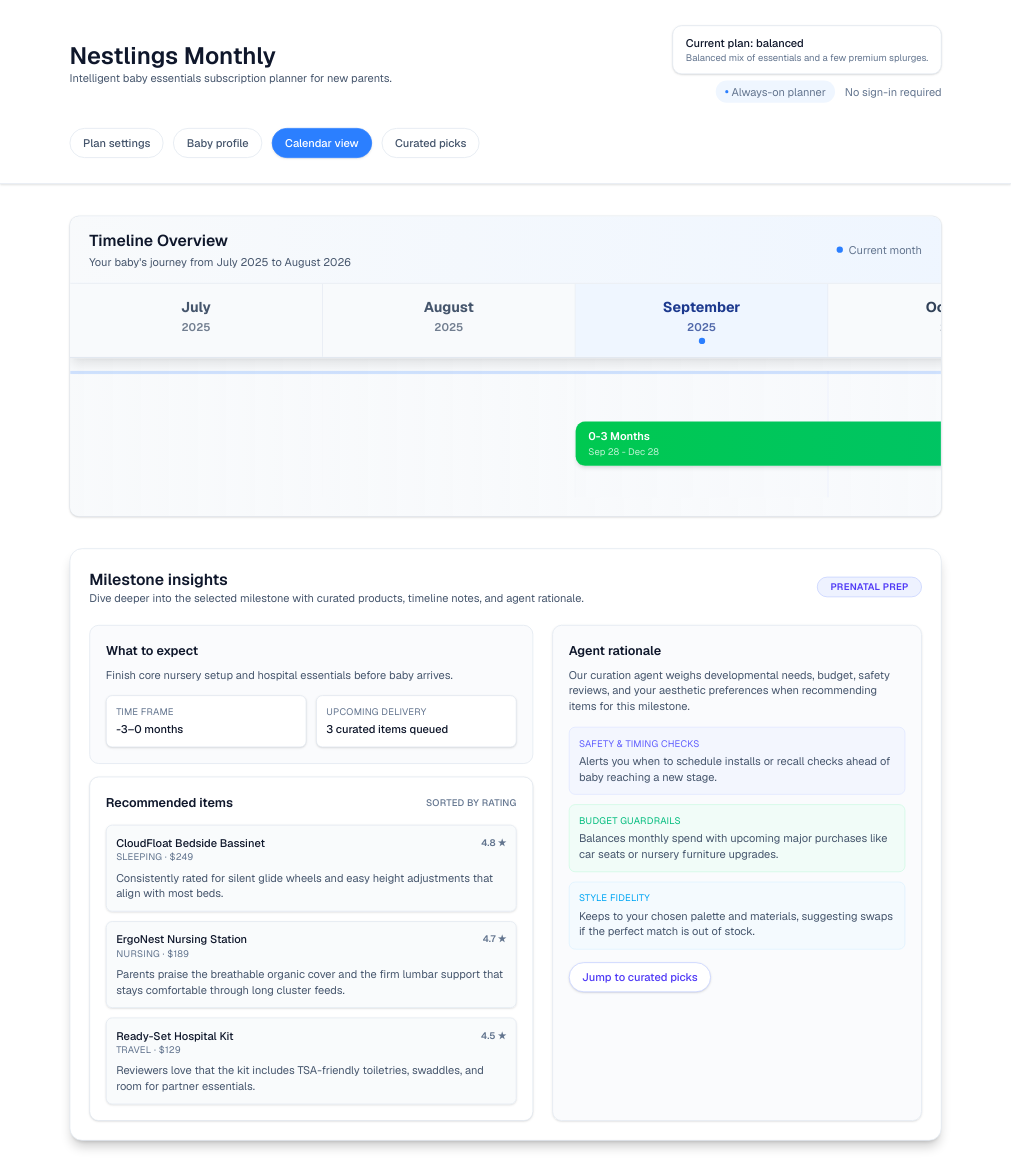
Repository: jc92/babyshop
Page: /, after clicking the first element matching `div.mt-8 > :nth-child(3)`
An editor plug-in stored every save of this project. The page is shown before and after the next save, followed by the edit.
The browser window is 1280 px wide. The pictures show the whole page, at 79% of full size.
The page's requests for data from a server got no answer. The project was rebuilt for these pictures with package versions that can differ from the ones it lists, and the page was loaded fresh each time. The framework's server and built-in components were replaced by stand-ins that run in the browser. No one was signed in, and anything a server would have sent is missing. Also part of the build but not shown: next.config.ts.

Above is the page before, as saved 2025-10-01 14:10:00.

### src/app/layout.tsx
import type { Metadata } from "next";
import { Geist, Geist_Mono } from "next/font/google";
import "./globals.css";
import AppProviders from "./providers";

const geistSans = Geist({
  variable: "--font-geist-sans",
  subsets: ["latin"],
});

const geistMono = Geist_Mono({
  variable: "--font-geist-mono",
  subsets: ["latin"],
});

export const metadata: Metadata = {
  title: "Nestlings Monthly | Baby Essentials Planner",
  description:
    "Interactive dashboard that curates baby essentials timelines and bundles based on your family profile.",
};

export default function RootLayout({
  children,
}: Readonly<{
  children: React.ReactNode;
}>) {
  return (
    <html lang="en">
      <body
        className={`${geistSans.variable} ${geistMono.variable} antialiased`}
      >
        <AppProviders>{children}</AppProviders>
      </body>
    </html>
  );
}

### src/app/globals.css
@import "tailwindcss";

:root {
  --background: #ffffff;
  --foreground: #1f2937;
  --dreambaby-primary: #2563eb;
  --dreambaby-secondary: #7c3aed;
  --dreambaby-accent: #059669;
  --dreambaby-warm: #f8fafc;
  --dreambaby-soft: #f1f5f9;
  --dreambaby-border: #e2e8f0;
  --dreambaby-text: #475569;
  --dreambaby-muted: #94a3b8;
}

@theme inline {
  --color-background: var(--background);
  --color-foreground: var(--foreground);
  --font-sans: var(--font-geist-sans);
  --font-mono: var(--font-geist-mono);
}

body {
  background: #ffffff;
  color: var(--foreground);
  font-family: var(--font-geist-sans), ui-sans-serif, system-ui;
  min-height: 100vh;
}

/* Dreambaby-inspired theme components */
.dreambaby-gradient {
  background: linear-gradient(135deg, #f8fafc 0%, #f1f5f9 50%, #e0f2fe 100%);
}

.dreambaby-card {
  background: #ffffff;
  border: 1px solid var(--dreambaby-border);
  border-radius: 12px;
  box-shadow: 0 1px 3px rgba(0, 0, 0, 0.1), 0 1px 2px rgba(0, 0, 0, 0.06);
}

.dreambaby-button {
  background: var(--dreambaby-primary);
  color: white;
  border: none;
  border-radius: 8px;
  padding: 12px 24px;
  font-weight: 600;
  font-size: 14px;
  transition: all 0.2s ease;
  box-shadow: 0 1px 2px rgba(0, 0, 0, 0.05);
}

.dreambaby-button:hover {
  background: #1d4ed8;
  transform: translateY(-1px);
  box-shadow: 0 4px 6px rgba(0, 0, 0, 0.1);
}

.dreambaby-button-secondary {
  background: #ffffff;
  color: var(--dreambaby-primary);
  border: 1px solid var(--dreambaby-primary);
  border-radius: 8px;
  padding: 12px 24px;
  font-weight: 600;
  font-size: 14px;
  transition: all 0.2s ease;
}

.dreambaby-button-secondary:hover {
  background: var(--dreambaby-primary);
  color: white;
}

.dreambaby-soft-shadow {
  box-shadow: 0 1px 3px rgba(0, 0, 0, 0.1), 0 1px 2px rgba(0, 0, 0, 0.06);
}

.dreambaby-text {
  color: var(--dreambaby-text);
}

.dreambaby-muted {
  color: var(--dreambaby-muted);
}

### src/app/providers.tsx
"use client";

import type { ReactNode } from "react";

type ProvidersProps = {
  children: ReactNode;
};

export default function AppProviders({ children }: ProvidersProps) {
  return <>{children}</>;
}

### src/data/preferences.ts
export type BudgetTier = "essentials" | "balanced" | "premium";

export interface PreferenceProfile {
  budget: BudgetTier;
  babyGender: "girl" | "boy" | "surprise";
  dueDate: string;
  colorPalette: "neutral" | "pastel" | "bold" | "warm" | "cool";
  materialFocus: "organic" | "performance" | "recycled" | "classic";
  ecoPriority: boolean;
}

export const defaultProfile: PreferenceProfile = {
  budget: "balanced",
  babyGender: "surprise",
  dueDate: new Date().toISOString().slice(0, 10),
  colorPalette: "neutral",
  materialFocus: "organic",
  ecoPriority: true,
};

### src/lib/recommendation.ts
import { PreferenceProfile } from "@/data/preferences";
import type { CategoryId, ProductSummary } from "@/data/catalog";

export interface RecommendationInput extends PreferenceProfile {
  preferredCategories: CategoryId[];
}

export interface RecommendationResult {
  product: ProductSummary;
  score: number;
  rationale: string;
}

const categoryWeights: Partial<Record<CategoryId, number>> = {
  nursing: 1.2,
  sleeping: 1.1,
  safety: 1.1,
};

const paletteMap: Record<string, string[]> = {
  neutral: ["neutral", "warm", "cool"],
  pastel: ["pastel", "neutral"],
  bold: ["bold", "cool", "warm"],
  warm: ["warm", "neutral"],
  cool: ["cool", "neutral"],
};

const materialMatch: Record<PreferenceProfile["materialFocus"], string[]> = {
  organic: ["organic-cotton", "bamboo", "wood"],
  performance: ["silicone", "plastic", "recycled-poly"],
  recycled: ["recycled-poly", "canvas", "steel"],
  classic: ["wood", "cotton", "plastic"],
};

const budgetThreshold: Record<PreferenceProfile["budget"], number> = {
  essentials: 120,
  balanced: 220,
  premium: 999,
};

export function scoreProduct(
  product: ProductSummary,
  input: RecommendationInput,
): RecommendationResult {
  let score = product.rating;
  const reasons: string[] = [];

  if (input.preferredCategories.includes(product.category)) {
    score += (categoryWeights[product.category] ?? 1) * 1.5;
    reasons.push(`Matches category focus on ${product.category}.`);
  }

  if (product.colors.some((c) => paletteMap[input.colorPalette].includes(c))) {
    score += 0.8;
    reasons.push("Aligned with preferred color palette.");
  }

  if (
    product.materials.some((material) =>
      materialMatch[input.materialFocus].includes(material),
    )
  ) {
    score += 0.8;
    reasons.push("Material choice fits style preferences.");
  }

  if (input.ecoPriority && product.isEcoFriendly) {
    score += 1;
    reasons.push("Eco-friendly option.");
  }

  if (product.price <= budgetThreshold[input.budget]) {
    score += 0.6;
    reasons.push("Within monthly budget comfort zone.");
  } else {
    score -= 0.4;
    reasons.push("Exceeds target monthly spend but adds long-term value.");
  }

  const rationale = reasons.length > 0 ? reasons.join(" ") : "Popular pick.";

  return {
    product,
    score,
    rationale,
  };
}

export function rankProducts(
  products: ProductSummary[],
  input: RecommendationInput,
): RecommendationResult[] {
  return products
    .map((product) => scoreProduct(product, input))
    .sort((a, b) => b.score - a.score)
    .slice(0, 8);
}

### src/components/CalendarView.tsx
"use client";

import { useMemo, useEffect, useRef } from "react";
import type { Milestone, MilestoneId } from "@/data/catalog";
import { getDateRangeForMilestone, formatDateForCalendar } from "@/lib/dateCalculations";

type CalendarViewProps = {
  milestones: Milestone[];
  activeMilestoneId: MilestoneId;
  onSelectMilestone: (id: MilestoneId) => void;
  referenceDate: Date;
};

type MonthEvent = {
  id: string;
  title: string;
  start: Date;
  end: Date;
  milestone: Milestone;
};

export default function CalendarView({ milestones, activeMilestoneId, onSelectMilestone, referenceDate }: CalendarViewProps) {
  const scrollContainerRef = useRef<HTMLDivElement>(null);

  // Generate 12 months starting from 2 months ago
  const months = useMemo(() => {
    const now = new Date();
    const startMonth = now.getMonth() - 2;
    const startYear = now.getFullYear();

    return Array.from({ length: 14 }, (_, i) => {
      const monthDate = new Date(startYear, startMonth + i, 1);
      return {
        date: monthDate,
        name: monthDate.toLocaleString('default', { month: 'long' }),
        year: monthDate.getFullYear(),
        month: monthDate.getMonth(),
      };
    });
  }, []);

  // Auto-scroll to keep top timeline row visible
  useEffect(() => {
    if (scrollContainerRef.current) {
      const container = scrollContainerRef.current;
      const scrollToTop = () => {
        container.scrollTop = 0;
      };

      // Scroll to top on mount and when milestones change
      scrollToTop();

      // Also scroll to top when active milestone changes
      const timeoutId = setTimeout(scrollToTop, 100);

      return () => clearTimeout(timeoutId);
    }
  }, [milestones, activeMilestoneId]);

  // Get events for each month
  const monthEvents = useMemo(() => {
    const eventsByMonth: { [key: string]: MonthEvent[] } = {};

    milestones.forEach((milestone) => {
      const { start, end } = getDateRangeForMilestone(milestone.monthRange, referenceDate);

      // Check which months this milestone spans
      months.forEach((month) => {
        const monthStart = new Date(month.year, month.month, 1);
        const monthEnd = new Date(month.year, month.month + 1, 0);

        // Check if milestone overlaps with this month
        if (start <= monthEnd && end >= monthStart) {
          const key = `${month.year}-${month.month}`;
          if (!eventsByMonth[key]) {
            eventsByMonth[key] = [];
          }

          eventsByMonth[key].push({
            id: milestone.id,
            title: milestone.label,
            start,
            end,
            milestone,
          });
        }
      });
    });

    return eventsByMonth;
  }, [milestones, referenceDate, months]);

  return (
    <div className="dreambaby-card rounded-3xl shadow-xl overflow-hidden">
      {/* Header with current date indicator */}
      <div className="bg-gradient-to-r from-slate-50 to-blue-50 px-6 py-4 border-b border-slate-200">
        <div className="flex items-center justify-between">
          <div>
            <h2 className="text-xl font-semibold text-slate-900">Timeline Overview</h2>
            <p className="text-sm text-slate-600 mt-1">
              Your baby's journey from {months[0]?.name} {months[0]?.year} to {months[months.length - 1]?.name} {months[months.length - 1]?.year}
            </p>
          </div>
          <div className="flex items-center gap-2 text-sm text-slate-500">
            <div className="w-2 h-2 bg-blue-500 rounded-full"></div>
            <span>Current month</span>
          </div>
        </div>
      </div>

      <div
        ref={scrollContainerRef}
        className="overflow-x-auto scroll-smooth"
        style={{ scrollbarWidth: 'thin' }}
      >
        <div className="relative min-w-max">
          {/* Month Headers with improved styling */}
          <div className="flex sticky top-0 bg-white z-20 border-b-2 border-slate-200 shadow-lg">
            {months.map((month, index) => {
              const isCurrentMonth = month.date.getMonth() === new Date().getMonth() &&
                                   month.date.getFullYear() === new Date().getFullYear();
              const isPast = month.date < new Date();
              const isFuture = month.date > new Date();

              return (
                <div
                  key={`${month.year}-${month.month}`}
                  className={`flex-shrink-0 w-80 px-4 py-4 text-center font-semibold border-r border-slate-200 transition-colors ${
                    isCurrentMonth
                      ? 'bg-blue-50 text-blue-900 border-blue-300'
                      : isPast
                        ? 'bg-slate-50 text-slate-600'
                        : 'bg-slate-50 text-slate-700'
                  }`}
                >
                  <div className="flex flex-col items-center">
                    <div className="text-lg font-bold">{month.name}</div>
                    <div className="text-sm opacity-75">{month.year}</div>
                    {isCurrentMonth && (
                      <div className="mt-1 w-2 h-2 bg-blue-500 rounded-full"></div>
                    )}
                  </div>
                </div>
              );
            })}
          </div>

          {/* Timeline Events with improved styling */}
          <div className="relative bg-slate-50/30 min-h-[200px] pt-4">
            {/* Timeline track background */}
            <div className="absolute inset-0 bg-gradient-to-r from-slate-50 to-indigo-50/30"></div>

            {/* Top timeline row indicator */}
            <div className="absolute top-4 left-0 right-0 h-1 bg-blue-500/20 z-5"></div>

            {milestones.map((milestone, index) => {
              const { start, end } = getDateRangeForMilestone(milestone.monthRange, referenceDate);
              const startMonth = start.getMonth();
              const startYear = start.getFullYear();
              const endMonth = end.getMonth();
              const endYear = end.getFullYear();

              // Calculate position and width
              const startMonthIndex = months.findIndex(m =>
                m.month === startMonth && m.year === startYear
              );
              const endMonthIndex = months.findIndex(m =>
                m.month === endMonth && m.year === endYear
              );

              if (startMonthIndex === -1 || endMonthIndex === -1) return null;

              const left = startMonthIndex * 320; // 320px per month
              const width = (endMonthIndex - startMonthIndex + 1) * 320;
              const top = 20 + (index * 60); // Stack milestones vertically with proper spacing from header

              // Check if milestone is active, past, or future
              const now = new Date();
              const isActive = milestone.id === activeMilestoneId;
              const isPast = end < now;
              const isCurrent = start <= now && end >= now;

              return (
                <div
                  key={milestone.id}
                  onClick={() => onSelectMilestone(milestone.id as MilestoneId)}
                  className={`absolute h-14 rounded-xl cursor-pointer transition-all duration-200 flex items-center px-4 group ${
                    isActive
                      ? 'bg-blue-100 border-2 border-blue-400 text-blue-900 shadow-lg transform scale-105'
                      : isPast
                        ? 'bg-slate-200 text-slate-600 hover:bg-slate-300'
                        : isCurrent
                          ? 'bg-gradient-to-r from-green-500 to-emerald-500 text-white hover:from-green-600 hover:to-emerald-600 shadow-md'
                          : 'bg-gradient-to-r from-blue-500 to-indigo-500 text-white hover:from-blue-600 hover:to-indigo-600 shadow-md'
                  }`}
                  style={{
                    left: `${left}px`,
                    width: `${width}px`,
                    top: `${top}px`,
                    zIndex: isActive ? 15 : 5,
                  }}
                >
                  <div className="flex items-center w-full">
                    <div className="flex-1">
                      <div className="font-semibold text-sm truncate">{milestone.label}</div>
                      <div className="text-xs opacity-75 mt-0.5">
                        {start.toLocaleDateString('en-US', { month: 'short', day: 'numeric' })} - {end.toLocaleDateString('en-US', { month: 'short', day: 'numeric' })}
                      </div>
                    </div>
                    {isActive && (
                      <div className="ml-2 w-2 h-2 bg-blue-500 rounded-full animate-pulse"></div>
                    )}
                  </div>
                </div>
              );
            })}

            {/* Enhanced Month Grid Lines */}
            <div className="flex">
              {months.map((month, index) => {
                const isCurrentMonth = month.date.getMonth() === new Date().getMonth() &&
                                     month.date.getFullYear() === new Date().getFullYear();
                return (
                  <div
                    key={`grid-${month.year}-${month.month}`}
                    className={`flex-shrink-0 w-80 h-40 border-r ${
                      isCurrentMonth ? 'border-indigo-300 bg-indigo-50/20' : 'border-slate-200'
                    }`}
                  />
                );
              })}
            </div>
          </div>
        </div>
      </div>
      <style jsx global>{`
        .overflow-x-auto::-webkit-scrollbar {
          height: 10px;
        }
        .overflow-x-auto::-webkit-scrollbar-track {
          background: #f1f5f9;
          border-radius: 6px;
        }
        .overflow-x-auto::-webkit-scrollbar-thumb {
          background: linear-gradient(90deg, #cbd5e1, #94a3b8);
          border-radius: 6px;
          border: 2px solid #f1f5f9;
        }
        .overflow-x-auto::-webkit-scrollbar-thumb:hover {
          background: linear-gradient(90deg, #94a3b8, #64748b);
        }

        /* Smooth scrolling enhancement */
        .scroll-smooth {
          scroll-behavior: smooth;
        }

        /* Timeline animation */
        @keyframes timelineGlow {
          0%, 100% { box-shadow: 0 0 5px rgba(99, 102, 241, 0.3); }
          50% { box-shadow: 0 0 20px rgba(99, 102, 241, 0.6); }
        }

        .timeline-active {
          animation: timelineGlow 2s ease-in-out infinite;
        }
      `}</style>
    </div>
  );
}

### src/lib/dateCalculations.ts
/**
 * Calculate actual dates for milestones based on birth date or due date
 */
export function calculateMilestoneDates(
  birthOrDueDate: string,
  isBorn: boolean
): Date {
  if (!birthOrDueDate) {
    // Default to current date if no date provided
    return new Date();
  }

  const referenceDate = new Date(birthOrDueDate);

  // If baby is not yet born, use due date as reference
  // If baby is born, use birth date as reference
  return referenceDate;
}

/**
 * Convert milestone month range to actual date range
 * Month 0 = birth/due date
 * Negative months = before birth (prenatal)
 */
export function getDateRangeForMilestone(
  monthRange: [number, number],
  referenceDate: Date
): { start: Date; end: Date } {
  const start = new Date(referenceDate);
  start.setMonth(start.getMonth() + monthRange[0]);

  const end = new Date(referenceDate);
  end.setMonth(end.getMonth() + monthRange[1]);

  return { start, end };
}

/**
 * Get the current month index relative to reference date
 * Returns negative if before birth, positive if after
 */
export function getCurrentMonthIndex(referenceDate: Date): number {
  const now = new Date();
  const diffMs = now.getTime() - referenceDate.getTime();
  const diffMonths = Math.floor(diffMs / (1000 * 60 * 60 * 24 * 30.44)); // Average month length
  return diffMonths;
}

/**
 * Format date for FullCalendar (YYYY-MM-DD)
 */
export function formatDateForCalendar(date: Date): string {
  return date.toISOString().split('T')[0];
}

Loaded but not shown: src/app/page.tsx (813 lines, source omitted); src/data/catalog.ts (297 lines, source omitted)

After the next save:
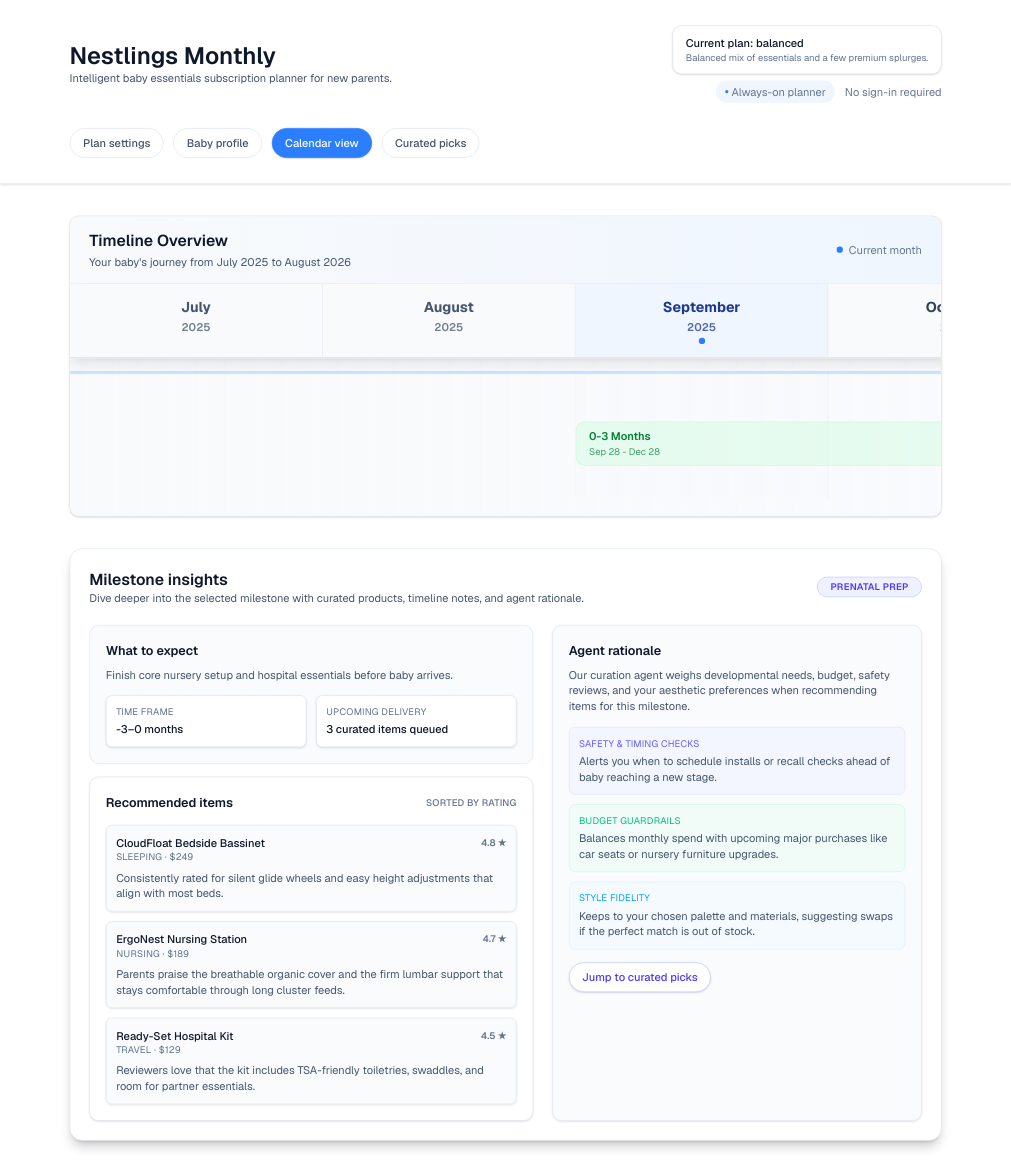
Saved 86 s later.
--- a/src/components/CalendarView.tsx
+++ b/src/components/CalendarView.tsx
@@ -186,12 +186,12 @@ export default function CalendarView({ milestones, activeMilestoneId, onSelectMi
                   onClick={() => onSelectMilestone(milestone.id as MilestoneId)}
                   className={`absolute h-14 rounded-xl cursor-pointer transition-all duration-200 flex items-center px-4 group ${
                     isActive
-                      ? 'bg-blue-100 border-2 border-blue-400 text-blue-900 shadow-lg transform scale-105'
+                      ? 'bg-gradient-to-r from-blue-500 to-indigo-500 text-white shadow-lg transform scale-105 border-2 border-blue-400'
                       : isPast
-                        ? 'bg-slate-200 text-slate-600 hover:bg-slate-300'
+                        ? 'bg-slate-100/50 text-slate-400 hover:bg-slate-200/70 border border-slate-200/50'
                         : isCurrent
-                          ? 'bg-gradient-to-r from-green-500 to-emerald-500 text-white hover:from-green-600 hover:to-emerald-600 shadow-md'
-                          : 'bg-gradient-to-r from-blue-500 to-indigo-500 text-white hover:from-blue-600 hover:to-indigo-600 shadow-md'
+                          ? 'bg-green-100/60 text-green-700 hover:bg-green-200/80 border border-green-200/60'
+                          : 'bg-blue-100/60 text-blue-700 hover:bg-blue-200/80 border border-blue-200/60'
                   }`}
                   style={{
                     left: `${left}px`,
